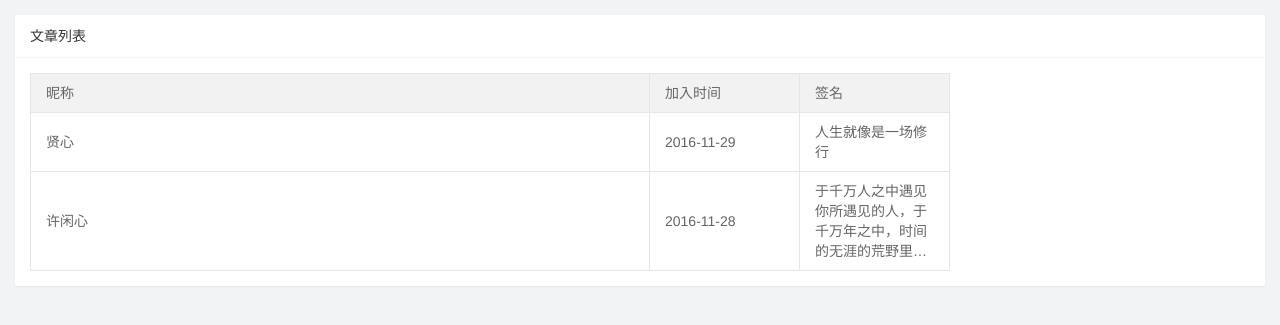
Repository: haloxxi/web_bigevent
Page: article/art-list.html
These files come from the project's save history. The page is drawn as it stood at one moment and after the next save; the edit follows.
The browser window is 1280 px wide. The pictures show the whole page.

Above is the page before, as saved 2022-06-28 16:57:34.

### article/art-list.html
<!DOCTYPE html>
<html lang="en">

<head>
    <meta charset="UTF-8">
    <meta http-equiv="X-UA-Compatible" content="IE=edge">
    <meta name="viewport" content="width=device-width, initial-scale=1.0">
    <title>文章那个列表</title>
    <link rel="stylesheet" href="/assets/lib/layui/css/layui.css">
    <link rel="stylesheet" href="/assets/css/article/art-list.css">
</head>

<body>
    <!-- 卡片区 -->
    <div class="layui-card">
        <div class="layui-card-header">文章列表</div>
        <div class="layui-card-body">
            <!-- 筛选区域 -->
            <!-- 列表区域 -->
            <table class="layui-table">
                <colgroup>
                    <col>
                    <col width="150">
                    <col width="150">
                    <col width="150">
                    <col width="150">
                </colgroup>
                <thead>
                    <tr>
                        <th>昵称</th>
                        <th>加入时间</th>
                        <th>签名</th>
                    </tr>
                </thead>
                <tbody>
                    <tr>
                        <td>贤心</td>
                        <td>2016-11-29</td>
                        <td>人生就像是一场修行</td>
                    </tr>
                    <tr>
                        <td>许闲心</td>
                        <td>2016-11-28</td>
                        <td>于千万人之中遇见你所遇见的人，于千万年之中，时间的无涯的荒野里…</td>
                    </tr>
                </tbody>
            </table>
            <!-- 分页区域 -->
        </div>
    </div>



    <!-- 导入第三方js -->
    <script src="/assets/lib/layui/layui.all.js"></script>
    <script src="/assets/lib/jquery.js"></script>
    <script src="/assets/js/baseAPI.js"></script>
    <script src="/assets/lib/template-web.js"></script>

    <!-- 导入自己写的js -->
    <script src="/assets/js/article/art-list.js"></script>
</body>

</html>

### assets/css/article/art-list.css
html,
body {
    padding: 0;
    margin: 0;
}

body {
    padding: 15px;
    background-color: #f2f3f5;
}

### assets/js/baseAPI.js
// 注意：每次调用$.get（）/$.ajax()的时候
// 会先调用个ajaxprefilter()这个函数
// 这个函数会给我们Ajax配置一个对象
$.ajaxPrefilter(function(options) {

    // 在发起真正的Ajax之前 统一拼接路径
    // http://api-breakingnews-web.itheima.net
    // https://www.showdoc.com.cn/1425457596992351/6972620264462285
    // http://big-event-api-t.itheima.net
    options.url = 'http://api-breakingnews-web.itheima.net' + options.url
        // console.log(options.url)

    // 统一为有权限的接口设置headers
    // 不是所有都要加headers 只有my开头的需要
    if (options.url.indexOf('/my/') !== -1) {
        options.headers = {
            Authorization: localStorage.getItem('token') || ''
        }
    }

    // 全局挂载complete回调函数
    options.complete = function(res) {
        // console.log('执行了complete回调')
        // console.log(res)
        // 在complete函数中可以那倒res.responseJSON拿到响应回来的数据
        if (res.responseJSON.status === 1 && res.responseJSON.message === '身份认证失败！') {
            // 1-强制清空
            localStorage.removeItem('token')
                // 2-强制跳转登录页面
            location.href = '/login.html'
        }
    }
})

### assets/js/article/art-list.js
$(function() {
    var layer = layui.layer

    //定义一个查询的参数对象
    // 请求数据的时候 需要将请求参数对象 提交到服务器里
    var q = {
        pagenum: 1, //页码值，默认 请求第一页的数据
        pagesize: 2, //每页显示几条数据
        cate_id: '', //文章分类的id
        state: '', //文章发布状态
    }

    // 获取文章数据列表
    function initTable() {
        $.ajax({
            method: 'GET',
            url: '/my/article/list',
            success: function(res) {
                if (res.status !== 0) {
                    return layer.msg('获取文章列表失败！')
                }
                //使用模板引擎 渲染页面
                layer.msg('获取文章列表成功！')
            }
        })
    }
})

Loaded but not shown: assets/lib/layui/css/layui.css (library); assets/lib/layui/layui.all.js (library); assets/lib/jquery.js (library); assets/lib/template-web.js (library); assets/lib/layui/css/modules/laydate/default/laydate.css (library); assets/lib/layui/css/modules/layer/default/layer.css (library); assets/lib/layui/css/modules/code.css (common file)

After the next save:
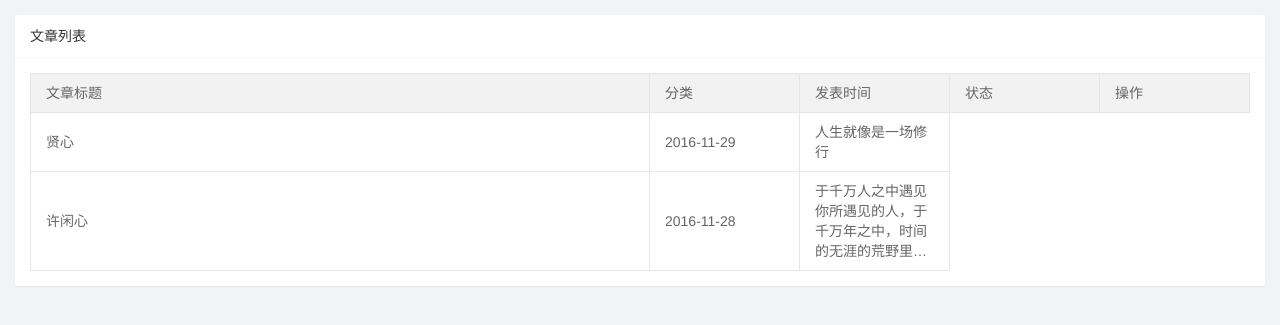
Saved 2 min 20 s later.
--- a/article/art-list.html
+++ b/article/art-list.html
@@ -27,9 +27,11 @@
                 </colgroup>
                 <thead>
                     <tr>
-                        <th>昵称</th>
-                        <th>加入时间</th>
-                        <th>签名</th>
+                        <th>文章标题</th>
+                        <th>分类</th>
+                        <th>发表时间</th>
+                        <th>状态</th>
+                        <th>操作</th>
                     </tr>
                 </thead>
                 <tbody>
